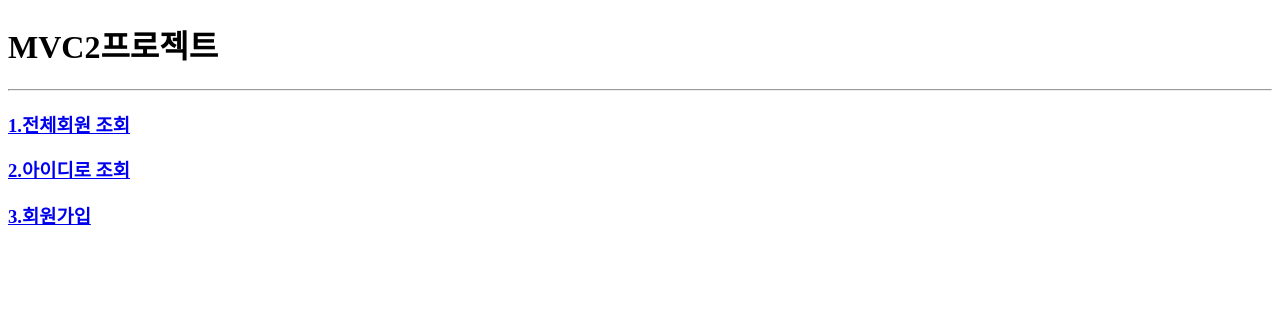
Repository: ParkHyeonju12/servlet
Page: http://localhost/06_mvc2Project/
These files come from the project's save history. The page is drawn as it stood at one moment and after the next save; the edit follows.
The browser window is 1280 px wide. The pictures show the whole page.
The page is served by Tomcat 9. Other server files are loaded and not shown.

Above is the page before, as saved 2022-08-31 00:44:26.

### web-workspace/06_mvc2Project/src/main/webapp/index.jsp
<%@ page language="java" contentType="text/html; charset=UTF-8"
    pageEncoding="UTF-8"%>
<!DOCTYPE html>
<html>
<head>
<meta charset="UTF-8">
<title>Insert title here</title>
</head>
<body>
	<h1>MVC2프로젝트</h1>
	<hr>
	<h3><a href="/allMember.do">1.전체회원 조회</a></h3>
	<h3><a href="/jsp/searchFrm.jsp">2.아이디로 조회</a></h3>
	<h3><a href="/jsp/joinFrm.jsp">3.회원가입</a></h3>
</body>
</html>

After the next save:
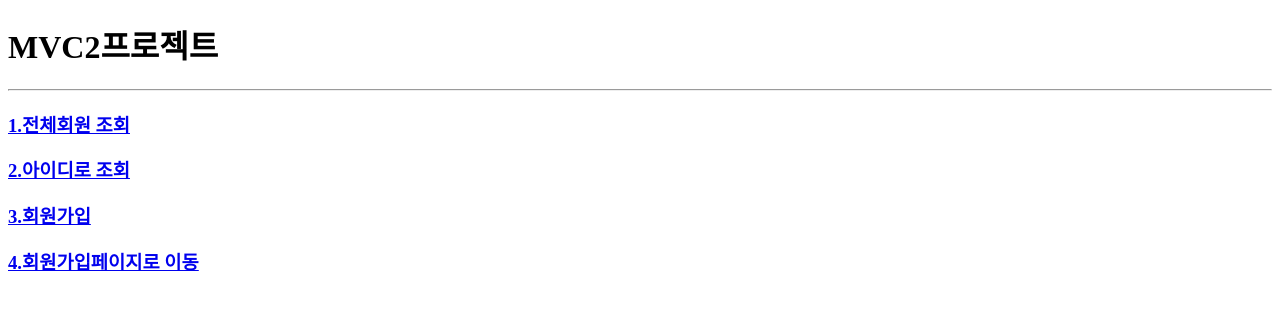
Saved 93 s later.
--- a/web-workspace/06_mvc2Project/src/main/webapp/index.jsp
+++ b/web-workspace/06_mvc2Project/src/main/webapp/index.jsp
@@ -12,5 +12,6 @@
 	<h3><a href="/allMember.do">1.전체회원 조회</a></h3>
 	<h3><a href="/jsp/searchFrm.jsp">2.아이디로 조회</a></h3>
 	<h3><a href="/jsp/joinFrm.jsp">3.회원가입</a></h3>
+	<h3><a href="/joinFrm.do">4.회원가입페이지로 이동</a></h3>
 </body>
 </html>
